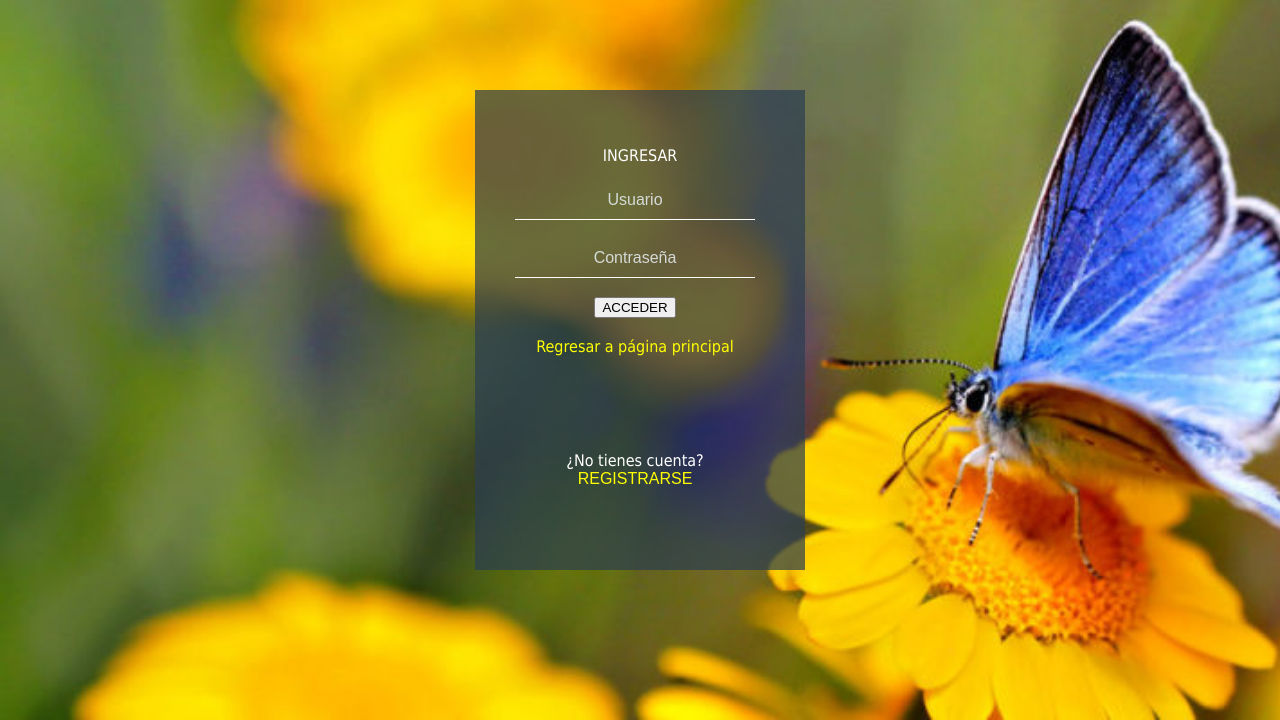
Repository: roberthcobena/Php
Page: http://localhost/login.php
The author's editor kept a copy of each file at every save. The page is drawn from the files as they stood at one save, then again after the next save.
The browser window is 1280 px wide. The pictures show the whole page.
Some web fonts or font styles are not loaded; a fallback is used. The page is run by PHP 8.4 with error messages shown; the project is at /var/www/html/.

Above is the page before, as saved 2020-06-25 10:20:53.

After the next save:
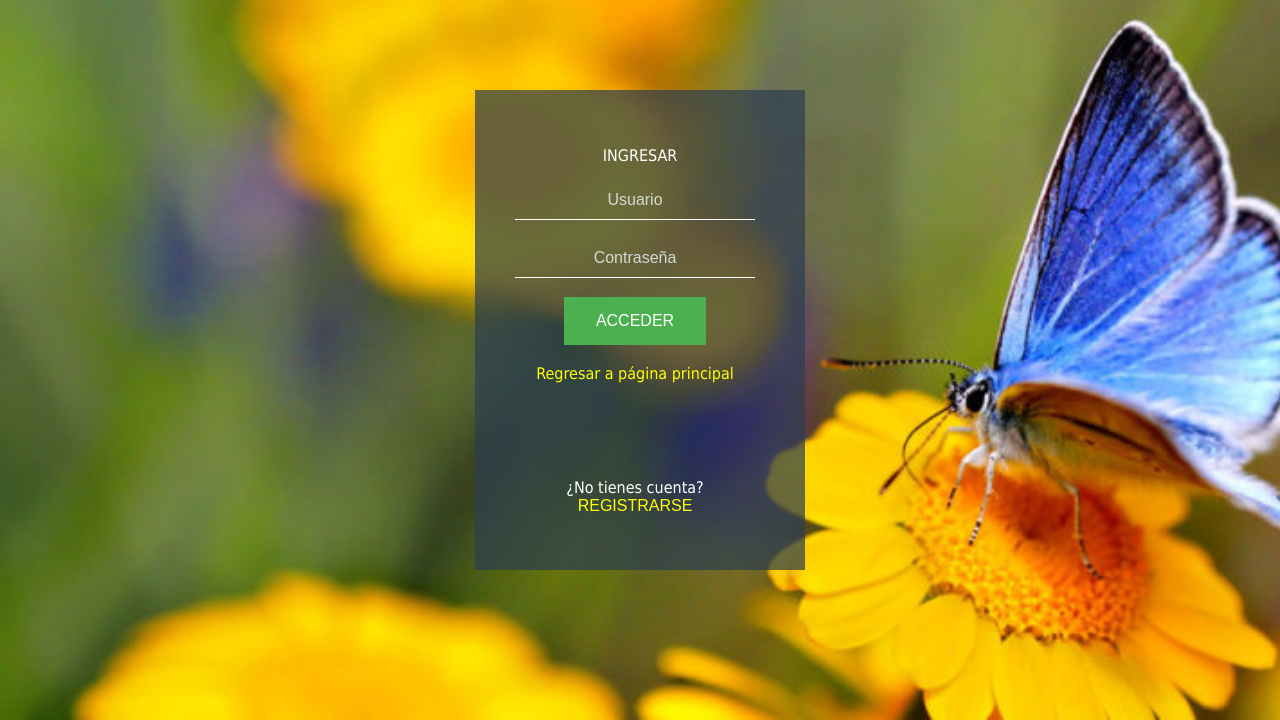
Saved 8 s later.
--- a/Educativa/login.php
+++ b/Educativa/login.php
@@ -56,7 +56,7 @@
 				?>
       <input type="text" class="form-control" placeholder="Usuario" name="user_name" required></br></br>
       <input type="password" class="form-control" placeholder="Contraseña" name="user_password" required></br></br>
-      <button type="submit" class="btn btn-primary btn-block" name="login" id="submit">ACCEDER</button></br></br>
+      <button type="submit" class="button" name="login" id="submit">ACCEDER</button></br></br>
       <a href="index.php">Regresar a página principal</a></br></br></br></br></br></br>
       ¿No tienes cuenta?<a href="registro.php" style="font-family:'Play', sans-serif;"></br>REGISTRARSE</a>
    </form>
